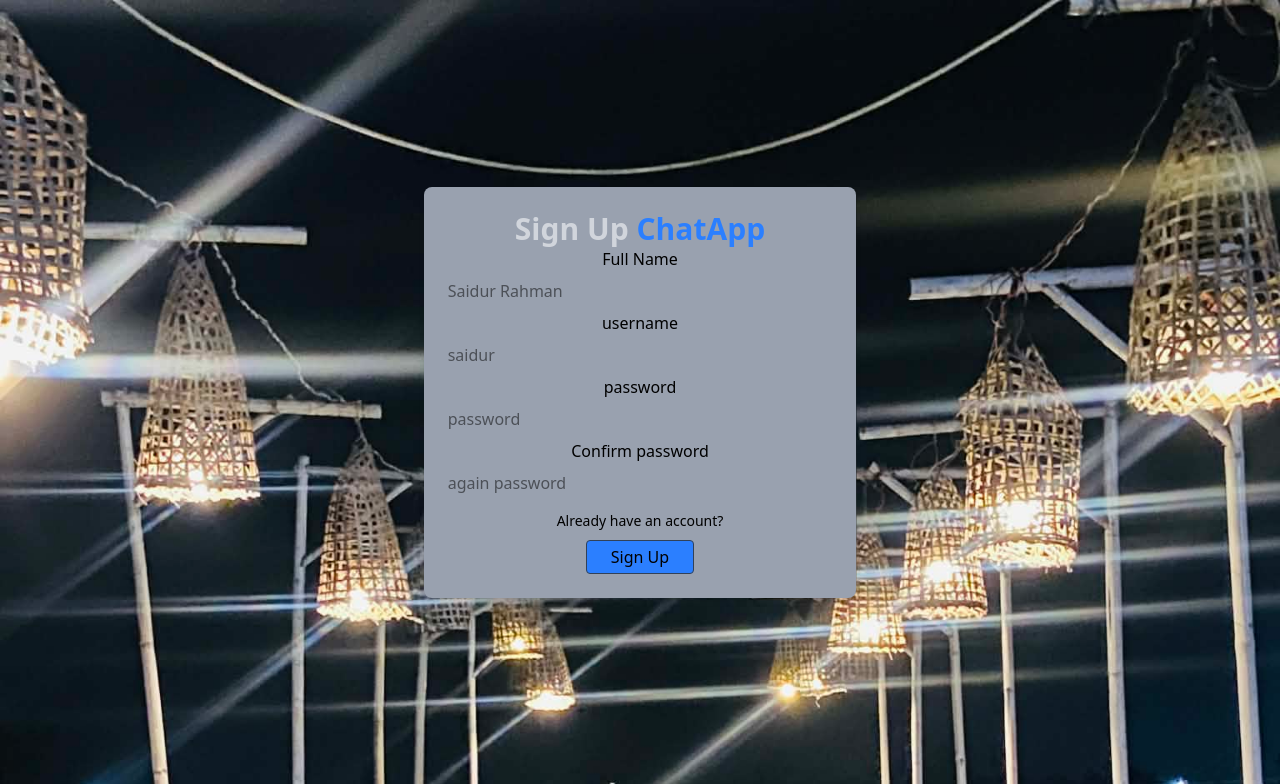
Repository: ridhukhan/chatapp
Page: / (app in frontend/)
An editor plug-in stored every save of this project. The page is shown before and after the next save, followed by the edit.
The browser window is 1280 px wide. The pictures show the whole page.
Backgrounds fixed to the window are drawn as part of the page. The project was rebuilt for these pictures with package versions that can differ from the ones it lists, and the page was loaded fresh each time. Also part of the build but not shown: frontend/vite.config.js, frontend/src/Pages/login/Login.jsx.

Above is the page before, as saved 2025-12-25 13:52:43.

### frontend/src/index.css
@import "tailwindcss";


body{

background-image: url("/bg1.jpeg");
background-repeat: no-repeat;
background-size: cover;
background-position: center;
background-attachment: fixed;
}

### frontend/src/App.jsx

import './App.css'
import Login from './Pages/login/Login'
import SignUp from './Pages/signup/SignUp'

function App() {

  return (
    <div className='p-4 h-screen flex items-center justify-center'>
     <SignUp/>
    </div>
  )
}

export default App

### frontend/src/Pages/signup/SignUp.jsx
import React from 'react'

const SignUp = () => {
  return (
    <div  className='flex flex-col items-center justify-center min-w-96 mx-auto'>

<div  className='w-full p-6 rounded-lg shadow-md bg-gray-400 bg-clip-padding backdrop-filter backdrop-blur-lg bg-opacity-0'>

	<h1 className='text-3xl font-semibold text-center text-gray-300'>
	Sign Up <span className='text-blue-500'> ChatApp</span></h1>

<form action="">
<div>

    <label  className='label p-2'>
        <span className='text-base label-text'>Full Name</span>
    </label>
    <input type='text' placeholder='Saidur Rahman' className='w-full input input-bordered  h-10' />
</div>

<div>

    <label  className='label p-2'>
        <span className='text-base label-text'>username</span>
    </label>
    <input type='text' placeholder='saidur' className='w-full input input-bordered  h-10' />
</div>

<div>

    <label  className='label p-2'>
        <span className='text-base label-text'>password</span>
    </label>
    <input type='password' placeholder='password' className='w-full input input-bordered  h-10' />
</div>
<div>

    <label  className='label p-2'>
        <span className='text-base label-text'>Confirm password</span>
    </label>
    <input type='text' placeholder='again password' className='w-full input input-bordered  h-10' />
</div>


					<a className='text-sm hover:underline hover:text-blue-600 mt-2 inline-block' href='#'>
 						Already have an account?
					</a>

					<div>
						<button className=' px-6 py-1  rounded btn btn-block btn-sm mt-2 border border-slate-700 bg-blue-500' >Sign Up</button>
</div>










</form>

</div>




    </div>
  )
}

export default SignUp

### frontend/src/Pages/signup/GendarCheckbox.jsx
import React from 'react'

const GendarCheckbox = () => {
  return (
    <div>
<div>
  <label>
    <span>Male</span>
  </label>
  <input type="checkbox" />
</div>
<div>

 <label>
    <span>female</span>
  </label>
  <input type="checkbox" />


</div>






    </div>
  )
}

export default GendarCheckbox

Loaded but not shown: frontend/index.html (common file); frontend/src/main.jsx (common file); frontend/src/App.css (common file)

After the next save:
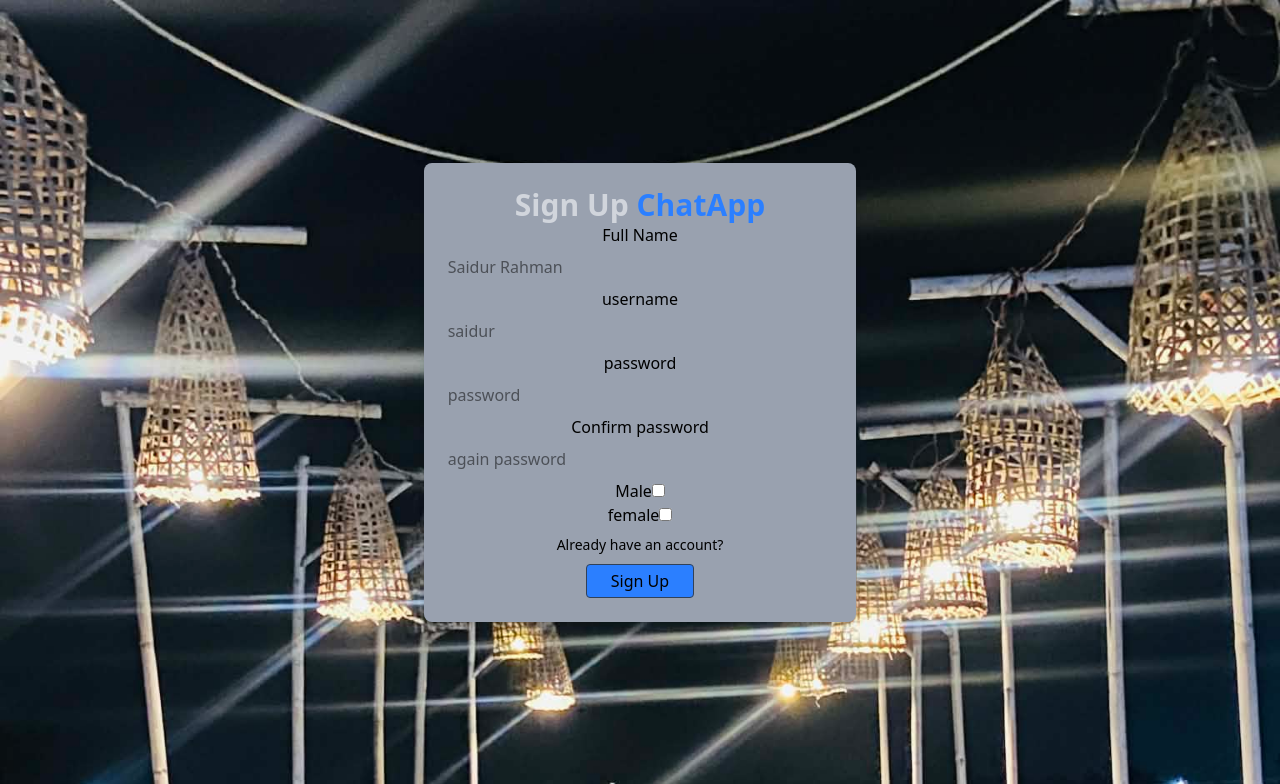
Saved 80 s later.
--- a/frontend/src/Pages/signup/SignUp.jsx
+++ b/frontend/src/Pages/signup/SignUp.jsx
@@ -1,4 +1,5 @@
 import React from 'react'
+import GendarCheckbox from './GendarCheckbox'
 
 const SignUp = () => {
   return (
@@ -40,14 +41,13 @@
     </label>
     <input type='text' placeholder='again password' className='w-full input input-bordered  h-10' />
 </div>
+<GendarCheckbox/>
 
+<a className='text-sm hover:underline hover:text-blue-600 mt-2 inline-block' href='#'>
+Already have an account?</a>
 
-					<a className='text-sm hover:underline hover:text-blue-600 mt-2 inline-block' href='#'>
- 						Already have an account?
-					</a>
-
-					<div>
-						<button className=' px-6 py-1  rounded btn btn-block btn-sm mt-2 border border-slate-700 bg-blue-500' >Sign Up</button>
+<div>
+<button className=' px-6 py-1  rounded btn btn-block btn-sm mt-2 border border-slate-700 bg-blue-500' >Sign Up</button>
 </div>
 
 
